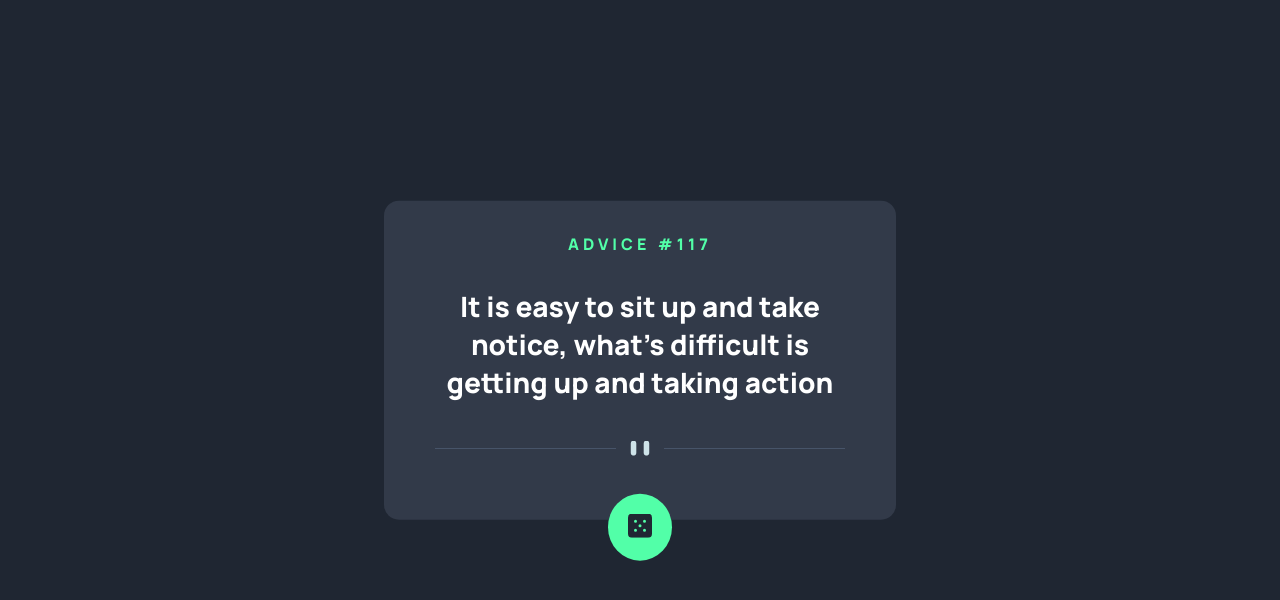
Repository: WindOfCodes/advice-generator-app
Page: index.html
These files come from the project's save history. The page is drawn as it stood at one moment and after the next save; the edit follows.
The browser window is 1280 px wide. The pictures show the whole page.

Above is the page before, as saved 2022-11-28 22:36:33.

After the next save:
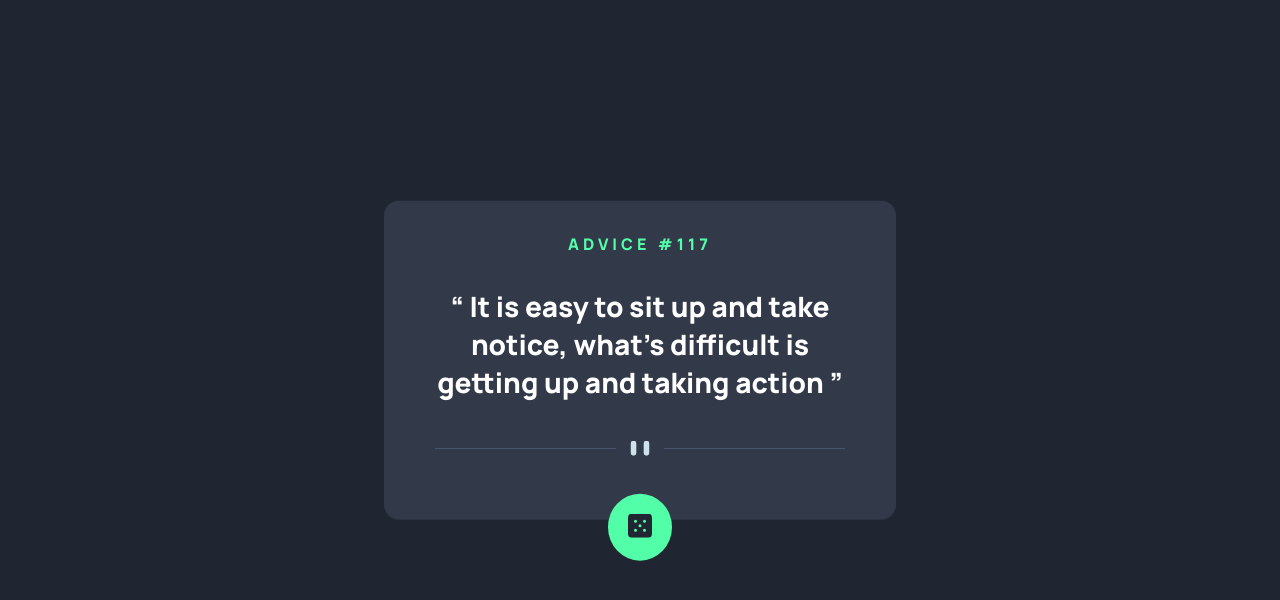
Saved 58 s later.
--- a/index.html
+++ b/index.html
@@ -12,9 +12,9 @@
   <body>
     <div class="card">
       <span class="number">advice #117</span>
-      <span class="quote">
+      <q class="quote">
         It is easy to sit up and take notice, what's difficult is getting up and taking action
-      </span>
+      </q>
       <img class="line" src="./images/pattern-divider-desktop.svg" />
       <button class="dice">
         <img src="./images/icon-dice.svg" />
